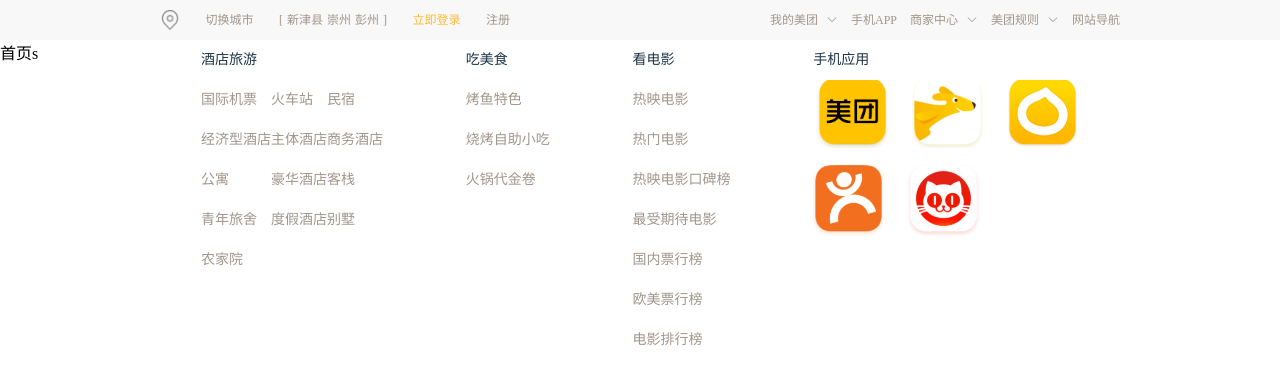
Repository: Wu-Tong-Xian/EasyMeituan
Page: /
The author's editor kept a copy of each file at every save. The page is drawn from the files as they stood at one save, then again after the next save.
The browser window is 1280 px wide. The pictures show the whole page.
The page's requests for data from a server got no answer. The project was rebuilt for these pictures with package versions that can differ from the ones it lists, and the page was loaded fresh each time. No one was signed in, and anything a server would have sent is missing. Also part of the build but not shown: vue.config.js.

Above is the page before, as saved 2020-08-20 16:02:57.

After the next save:
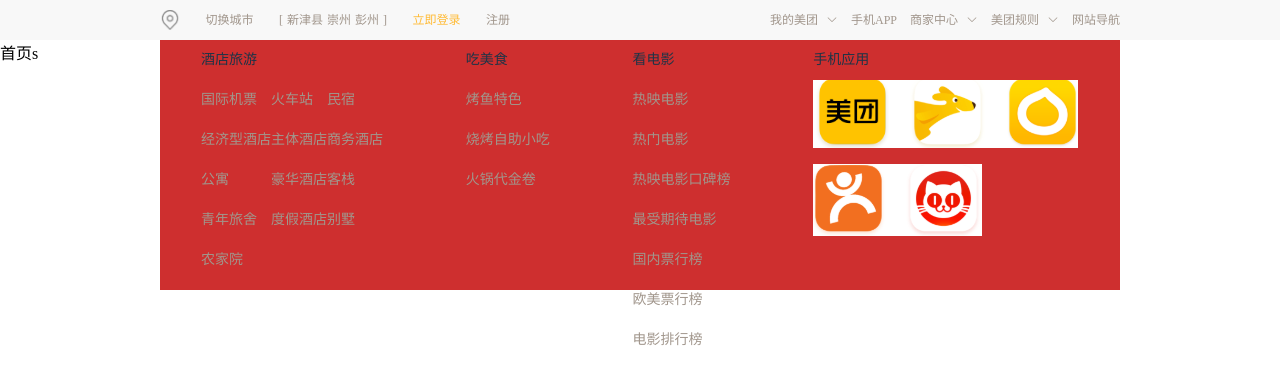
Saved 28 s later.
--- a/src/views/layout/layout.vue
+++ b/src/views/layout/layout.vue
@@ -224,7 +224,7 @@
   top: 100%;
   width: 960px;
   height: 250px;
-  background: #FFFFFF
+  background: #ce2f2f
 }
 .box1 {
 }
